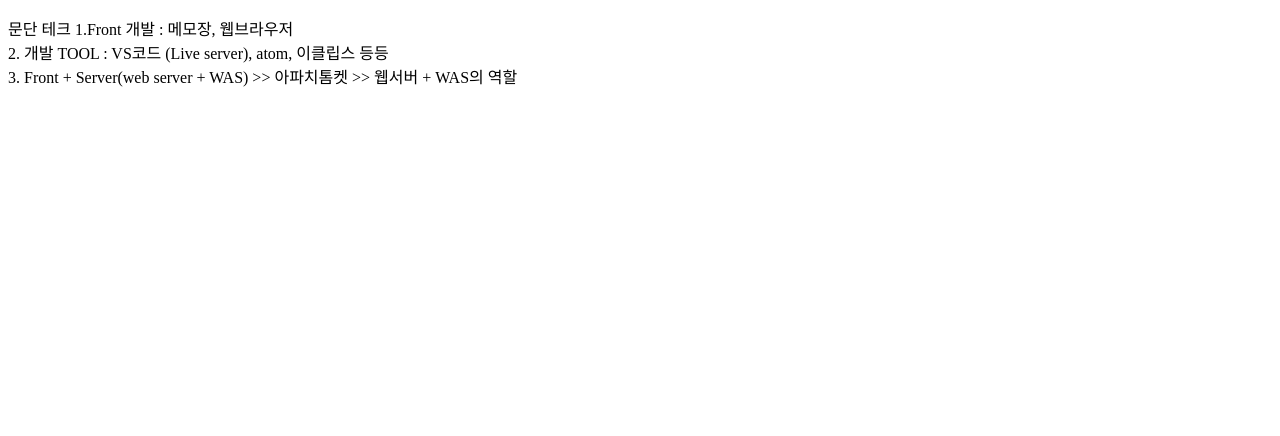
Repository: start-ha/MSA_EDU
Page: WEB/WebFront/WebLabs/Web/src/main/webapp/Ex01_Basic.html
An editor plug-in stored every save of this project. The page is shown before and after the next save, followed by the edit.
The browser window is 1280 px wide. The pictures show the whole page.

Above is the page before, as saved 2025-09-16 04:51:48.

After the next save:
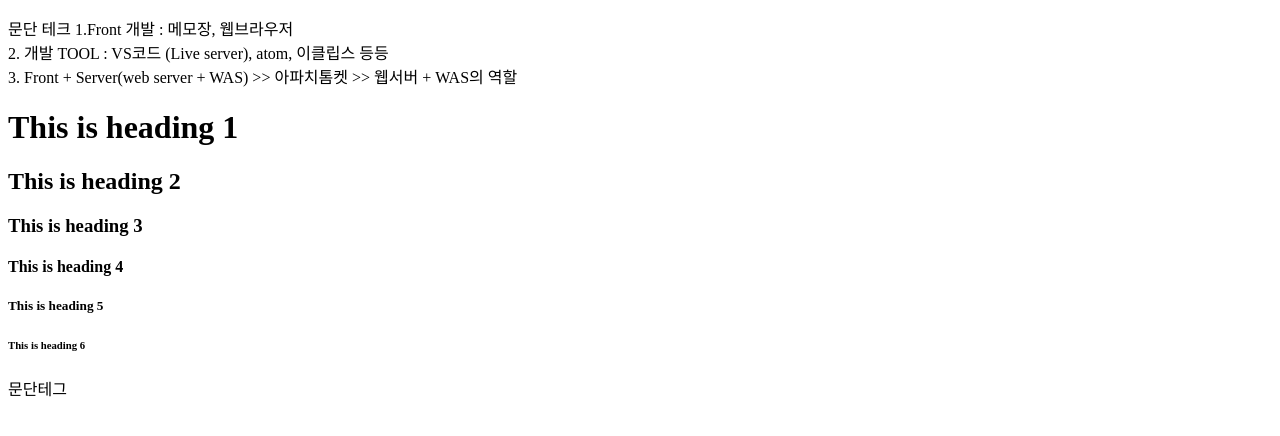
Saved 4 min 9 s later.
--- a/WEB/WebFront/WebLabs/Web/src/main/webapp/Ex01_Basic.html
+++ b/WEB/WebFront/WebLabs/Web/src/main/webapp/Ex01_Basic.html
@@ -28,5 +28,17 @@
 
 	</p>
 
+	<h1>This is heading 1</h1>
+	<h2>This is heading 2</h2>
+	<h3>This is heading 3</h3>
+	<h4>This is heading 4</h4>
+	<h5>This is heading 5</h5>
+	<h6>This is heading 6</h6>
+
+	<p>
+		문단테그
+	</p>
+
+
 </body>
 </html>
